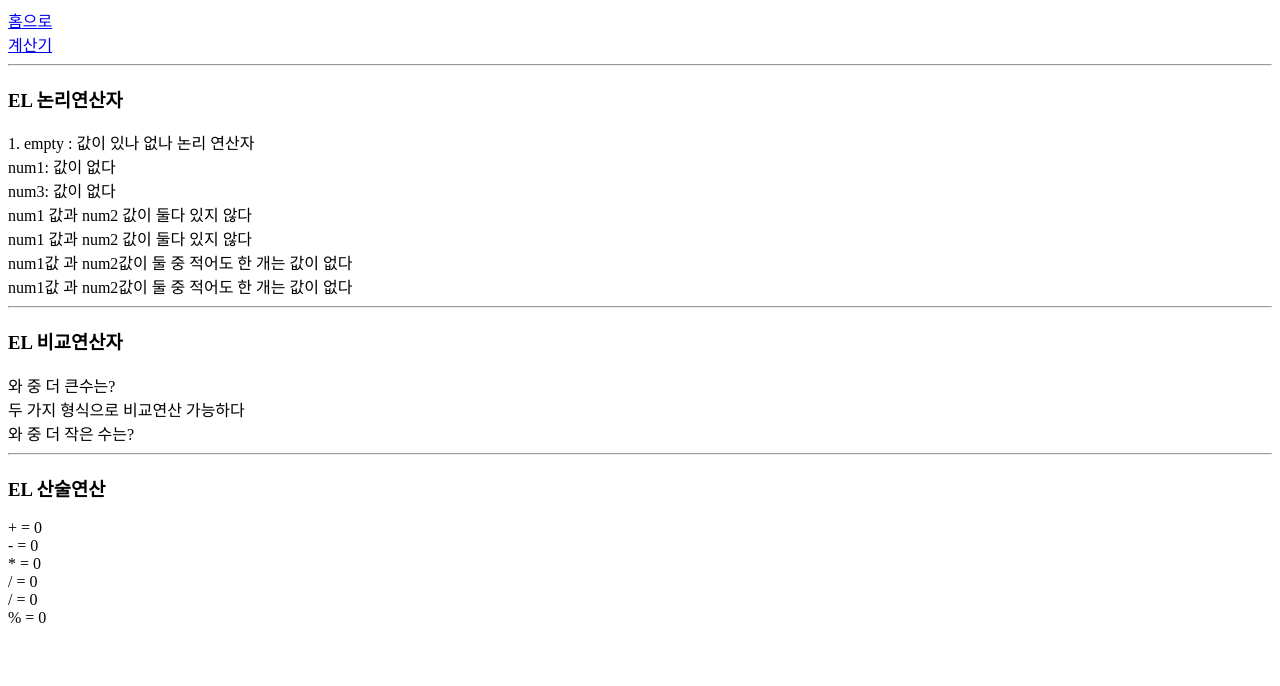
Repository: hyewoon/web
Page: http://localhost/servlet04/operator/calculator_result.jsp
An editor plug-in stored every save of this project. The page is shown before and after the next save, followed by the edit.
The browser window is 1280 px wide. The pictures show the whole page.
The page is served by Tomcat 9.

Above is the page before, as saved 2022-11-17 06:30:51.

After the next save:
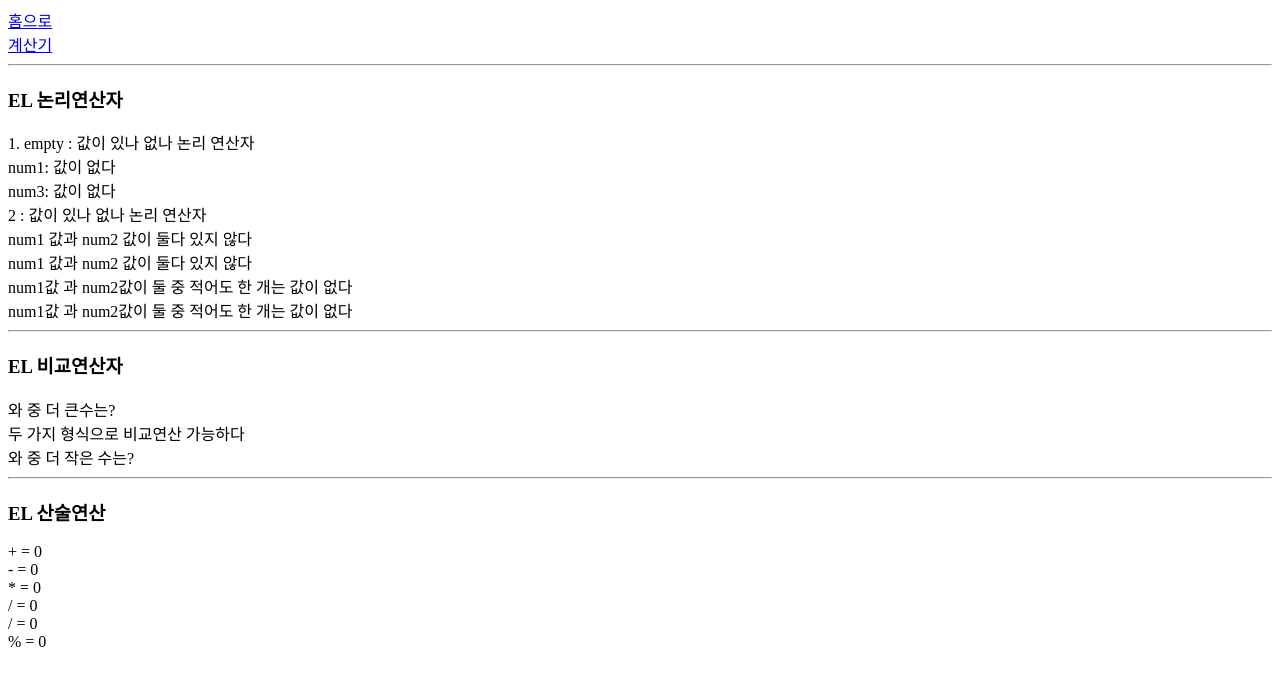
Saved 35 s later.
--- a/servlet04/src/main/webapp/operator/calculator_result.jsp
+++ b/servlet04/src/main/webapp/operator/calculator_result.jsp
@@ -14,6 +14,7 @@
 <div>1. empty : 값이 있나 없나 논리 연산자</div>
 <div>num1: 값이 ${empty param.num1? '없다' : '있다'}</div>
 <div>num3: 값이 ${empty param.num3? '없다' : '있다'}</div>
+<div>2  : 값이 있나 없나 논리 연산자</div>
 <div> num1 값과 num2 ${!empty param.num1 && !empty param.num2
 			? '둘 다 있다': '값이  둘다 있지 않다'}</div>
 <div> num1 값과 num2 ${!empty param.num1 and !empty param.num2
